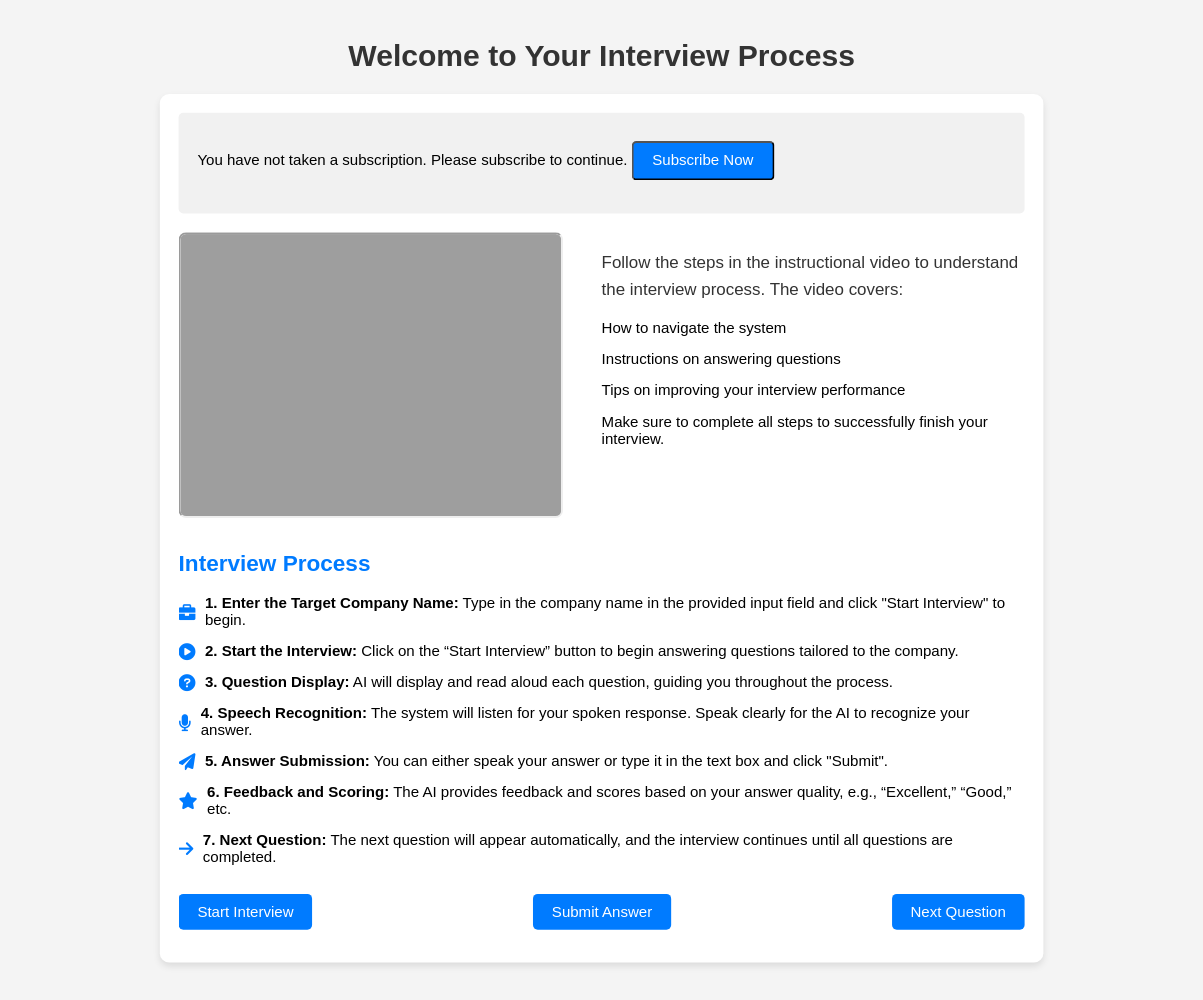
Repository: raushan22882917/Interview_platform
Page: templates/HR_Round/home.html
These files come from the project's save history. The page is drawn as it stood at one moment and after a run of saves; the edit follows.
The browser window is 1280 px wide. The pictures show the whole page, at 94% of full size.
Pictures or frames that could not be fetched are drawn as grey boxes. The page is served by the project's application, run on Flask 3 (temp_code.py). The template is opened directly, without the code that normally fills it, so the values that code supplies are empty.

Above is the page before, as saved 2024-12-01 15:28:38.

### Tech_Round/templates/HR_Round/home.html
<!DOCTYPE html>
<html lang="en">
<head>
    <meta charset="UTF-8">
    <meta name="viewport" content="width=device-width, initial-scale=1.0">
    <title>Dashboard</title>
    <link href="https://cdnjs.cloudflare.com/ajax/libs/font-awesome/6.0.0-beta3/css/all.min.css" rel="stylesheet">
    <style>
        body {
            font-family: Arial, sans-serif;
            background-color: #f4f4f4;
            margin: 0;
            padding: 20px;
        }

        h1 {
            text-align: center;
            color: #333;
        }

        .process-box {
            background-color: #fff;
            padding: 20px;
            margin: 20px auto;
            border-radius: 10px;
            box-shadow: 0 4px 8px rgba(0, 0, 0, 0.1);
            width: 80%;
            max-width: 900px;
        }

        .process-box h2 {
            color: #007bff;
            font-size: 24px;
            margin-bottom: 20px;
        }

        .process-box ul {
            list-style-type: none;
            padding-left: 0;
        }

        .process-box li {
            display: flex;
            align-items: center;
            margin-bottom: 15px;
            font-size: 16px;
        }

        .process-box li i {
            font-size: 18px;
            margin-right: 10px;
            color: #007bff;
        }

        .process-box li .step {
            flex-grow: 1;
        }

        .process-box li .step span {
            font-weight: bold;
        }

        .process-box .start-button,
        .process-box .submit-button,
        .process-box .next-button,
        .process-box .subscription-button {
            display: inline-block;
            margin-top: 10px;
            background-color: #007bff;
            color: #fff;
            padding: 10px 20px;
            font-size: 16px;
            border-radius: 5px;
            text-decoration: none;
            cursor: pointer;
            margin-bottom: 15px;
        }

        .process-box .start-button:hover,
        .process-box .submit-button:hover,
        .process-box .next-button:hover,
        .process-box .subscription-button:hover {
            background-color: #0056b3;
        }

        .process-box .button-container {
            display: flex;
            justify-content: space-between;
            margin-top: 20px;
        }

        .subscription-info {
            background-color: #f1f1f1;
            padding: 20px;
            border-radius: 5px;
            margin-bottom: 20px;
        }

        /* Flexbox layout for video and text section */
        .instruction-container {
            display: flex;
            justify-content: space-between;
            margin-bottom: 30px;
        }

        .instruction-container .video {
            width: 45%;
            padding-right: 20px;
        }

        .instruction-container .text {
            width: 50%;
        }

        .instruction-container iframe {
            width: 100%;
            height: 300px;
            border-radius: 8px;
        }

        .instruction-container .text p {
            font-size: 18px;
            line-height: 1.6;
            color: #333;
        }
    </style>
</head>
<body>
    <h1>Welcome to Your Interview Process</h1>

    <div class="process-box">
        <!-- Subscription Status Section -->
        <div class="subscription-info">
            {% if button_message == "Start" %}
                You have an active subscription. You have {{ remaining_days }} days left.
                <button onclick="window.location.href='/hr_index'" class="subscription-button">Start Interview</button>
            {% elif button_message == "Renew Subscription" %}
                Your subscription has expired. Please renew it.
                <button onclick="window.location.href='/subscribe'" class="subscription-button">Renew Subscription</button>
            {% elif button_message == "Free Trial: 2 Uses Left" %}
                You have used your free trial. You have 2 uses left.
                <button onclick="window.location.href='/hr_index'" class="subscription-button">Free Trial</button>
            {% else %}
                You have not taken a subscription. Please subscribe to continue.
                <button onclick="window.location.href='/subscribe'" class="subscription-button">Subscribe Now</button>
            {% endif %}
        </div>

        <!-- Instruction Video and Text -->
        <div class="instruction-container">
            <!-- Video Section -->
            <div class="video">
                <iframe src="https://www.youtube.com/embed/VIDEO_ID" title="Instructional Video" allowfullscreen></iframe>
            </div>
            <!-- Text Section -->
            <div class="text">
                <p>
                    Follow the steps in the instructional video to understand the interview process. The video covers:
                    <ul>
                        <li>How to navigate the system</li>
                        <li>Instructions on answering questions</li>
                        <li>Tips on improving your interview performance</li>
                    </ul>
                    Make sure to complete all steps to successfully finish your interview.
                </p>
            </div>
        </div>

        <h2>Interview Process</h2>
        <ul>
            <li><i class="fas fa-briefcase"></i><div class="step"><span>1. Enter the Target Company Name:</span> Type in the company name in the provided input field and click "Start Interview" to begin.</div></li>
            <li><i class="fas fa-play-circle"></i><div class="step"><span>2. Start the Interview:</span> Click on the “Start Interview” button to begin answering questions tailored to the company.</div></li>
            <li><i class="fas fa-question-circle"></i><div class="step"><span>3. Question Display:</span> AI will display and read aloud each question, guiding you throughout the process.</div></li>
            <li><i class="fas fa-microphone"></i><div class="step"><span>4. Speech Recognition:</span> The system will listen for your spoken response. Speak clearly for the AI to recognize your answer.</div></li>
            <li><i class="fas fa-paper-plane"></i><div class="step"><span>5. Answer Submission:</span> You can either speak your answer or type it in the text box and click "Submit".</div></li>
            <li><i class="fas fa-star"></i><div class="step"><span>6. Feedback and Scoring:</span> The AI provides feedback and scores based on your answer quality, e.g., “Excellent,” “Good,” etc.</div></li>
            <li><i class="fas fa-arrow-right"></i><div class="step"><span>7. Next Question:</span> The next question will appear automatically, and the interview continues until all questions are completed.</div></li>
        </ul>

        <!-- Action buttons section -->
        <div class="button-container">
            <a href="/hr_index" class="start-button">Start Interview</a>
            <a href="/submit_answer" class="submit-button">Submit Answer</a>
            <a href="/next_question" class="next-button">Next Question</a>
        </div>
    </div>
</body>
</html>

### Tech_Round/temp_code.py
from flask import Flask, render_template, jsonify, request
import paypalrestsdk

app = Flask(__name__)

paypalrestsdk.configure({
  "mode": "sandbox", # sandbox or live
  "client_id": "AVl3kW1ZH4Tq8HG34uKdfAmQHmoLnx7eYiYrELvytySETUfm9r4vFdzNd43T8vUbhIgAhUYPCcpXl4UC",
  "client_secret": "EPLaNfxteaTDI8TE2cvG_GdTjoUi3uZW0_03Fl7-uX1ggAcUGZGeigEXv7iX4YTc-QdWwla979VcUcmu" })

@app.route('/')
def index():
    return render_template('HR_Round/pay.html')

@app.route('/payment', methods=['POST'])
def payment():

    payment = paypalrestsdk.Payment({
        "intent": "sale",
        "payer": {
            "payment_method": "paypal"},
        "redirect_urls": {
            "return_url": "http://localhost:3000/payment/execute",
            "cancel_url": "http://localhost:3000/"},
        "transactions": [{
            "item_list": {
                "items": [{
                    "name": "testitem",
                    "sku": "12345",
                    "price": "500.00",
                    "currency": "USD",
                    "quantity": 1}]},
            "amount": {
                "total": "500.00",
                "currency": "USD"},
            "description": "This is the payment transaction description."}]})

    if payment.create():
        print('Payment success!')
    else:
        print(payment.error)

    return jsonify({'paymentID' : payment.id})

@app.route('/execute', methods=['POST'])
def execute():
    success = False

    payment = paypalrestsdk.Payment.find(request.form['paymentID'])

    if payment.execute({'payer_id' : request.form['payerID']}):
        print('Execute success!')
        success = True
    else:
        print(payment.error)

    return jsonify({'success' : success})

if __name__ == '__main__':
    app.run(debug=True)

After the next 2 saves:
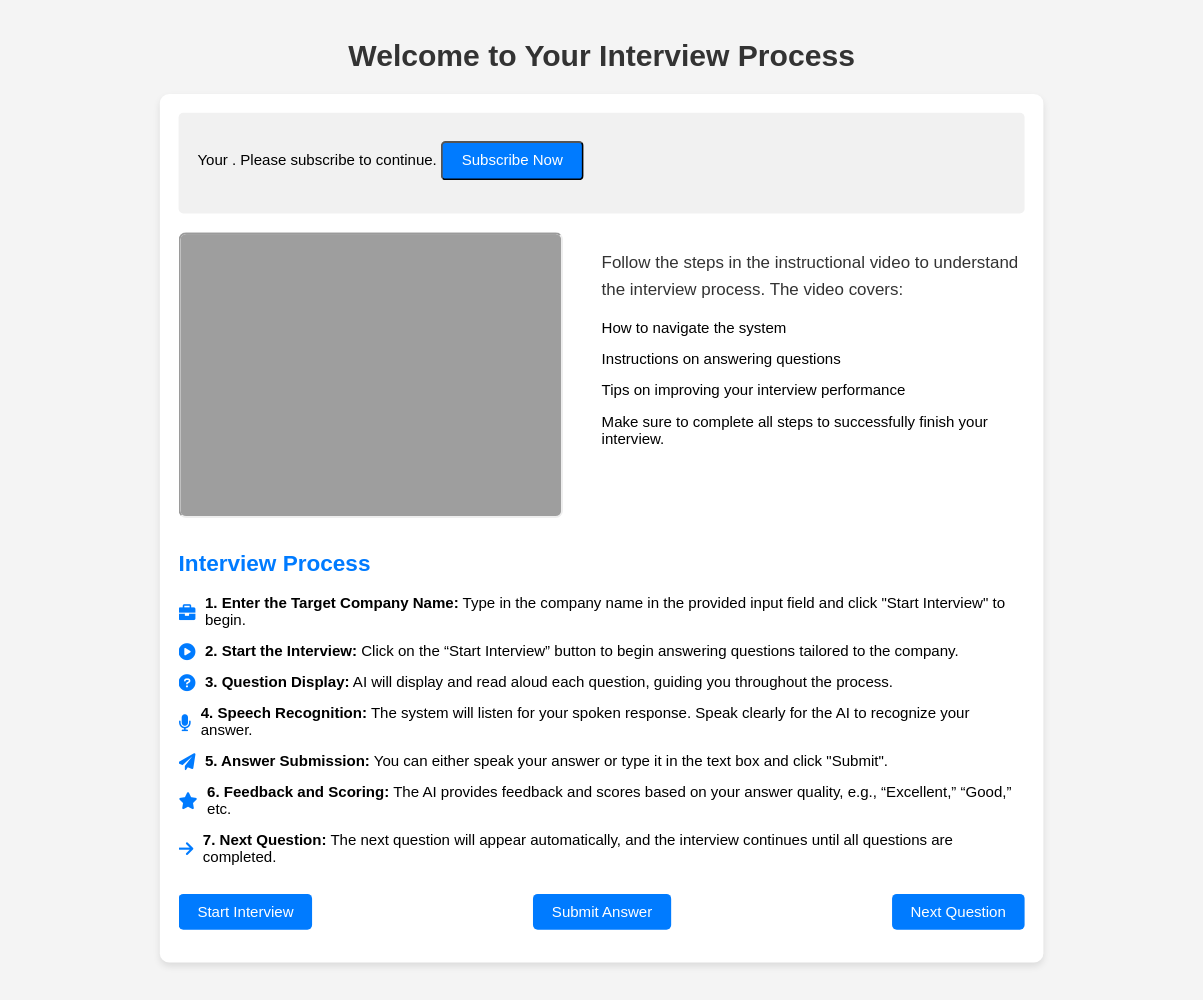
The 2 saves are shown as one change because they came seconds apart.
The last was saved 54 s later.
--- a/Tech_Round/templates/HR_Round/home.html
+++ b/Tech_Round/templates/HR_Round/home.html
@@ -141,7 +141,7 @@
                 You have used your free trial. You have 2 uses left.
                 <button onclick="window.location.href='/hr_index'" class="subscription-button">Free Trial</button>
             {% else %}
-                You have not taken a subscription. Please subscribe to continue.
+                Your . Please subscribe to continue.
                 <button onclick="window.location.href='/subscribe'" class="subscription-button">Subscribe Now</button>
             {% endif %}
         </div>
